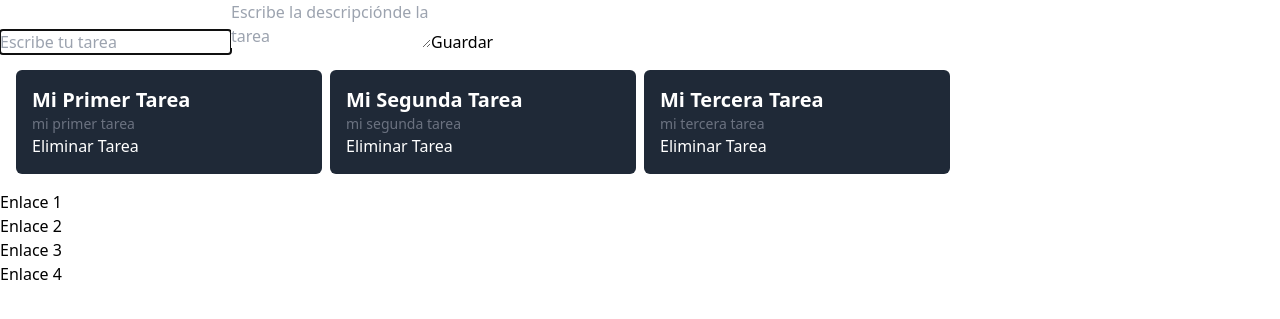
Repository: Ciromontes/AgendaTuTarea
Page: /
An editor plug-in stored every save of this project. The page is shown before and after the next save, followed by the edit.
The browser window is 1280 px wide. The pictures show the whole page.
The project was rebuilt for these pictures with package versions that can differ from the ones it lists, and the page was loaded fresh each time. Also part of the build but not shown: vite.config.js.

Above is the page before, as saved 2023-09-19 06:56:35.

After the next save:
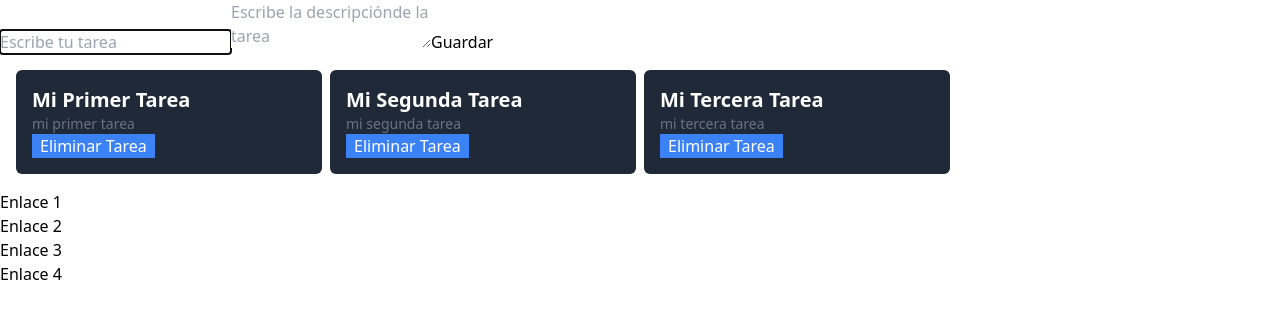
Saved 97 s later.
--- a/src/components/TaskCard.jsx
+++ b/src/components/TaskCard.jsx
@@ -7,7 +7,7 @@ function TaskCard({ task }) {
         <div className='bg-gray-800 text-white p-4 rounded-md'>
             <h1 className='text-xl font-bold capitalize'>{task.title}</h1>
             <p className='text-gray-500 text-sm'>{task.description}</p>
-            <button onClick={() => deleteTask(task.id)}>
+            <button className='bg-blue-500 px-2 ' onClick={() => deleteTask(task.id)}>
                 Eliminar Tarea
             </button>
         </div>
